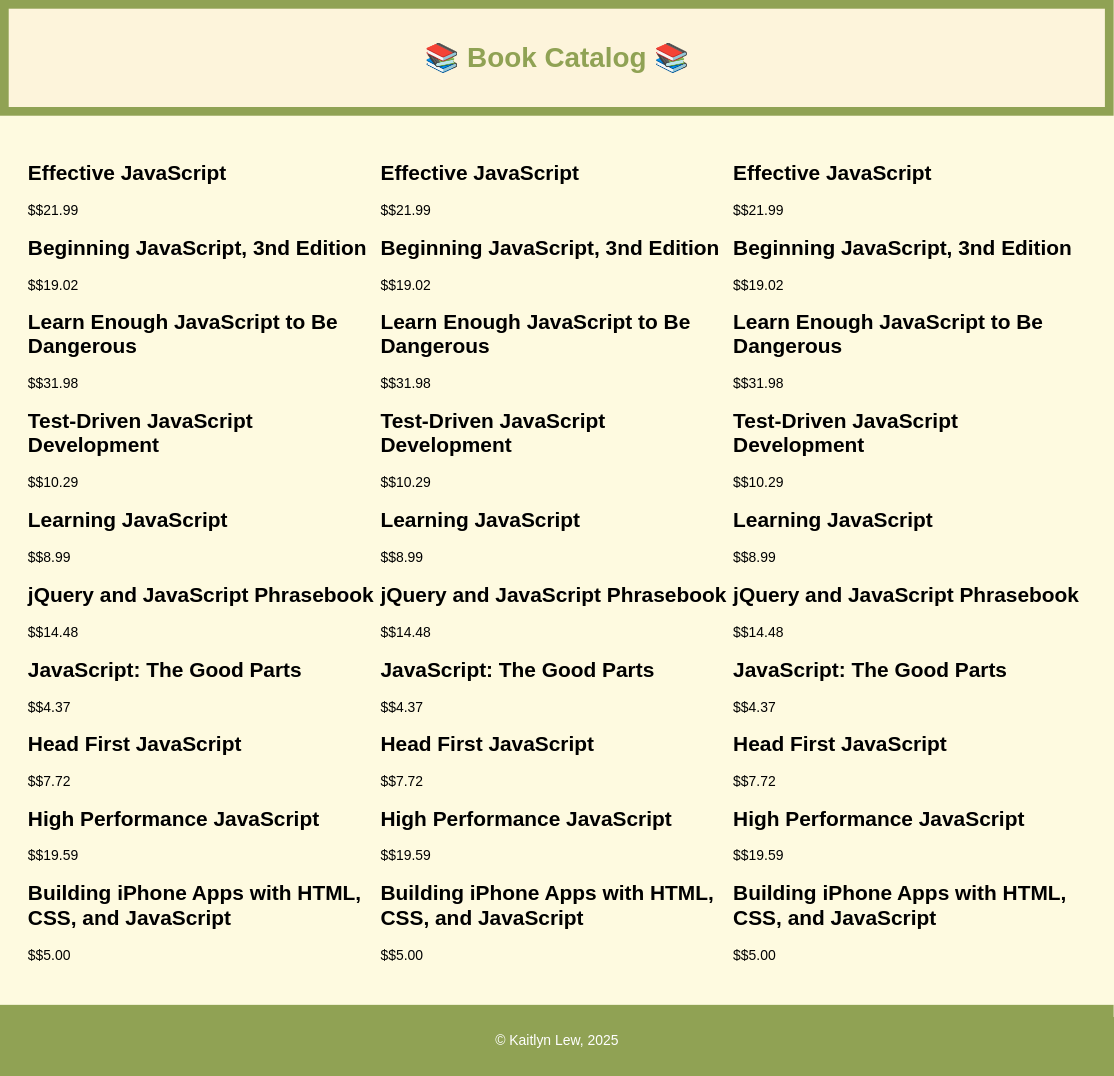
Repository: kaitlynlew/Book-Catalog
Page: /
These files come from the project's save history. The page is drawn as it stood at one moment and after the next save; the edit follows.
The browser window is 1280 px wide. The pictures show the whole page, at 87% of full size.
The project was rebuilt for these pictures with package versions that can differ from the ones it lists, and the page was loaded fresh each time. Also part of the build but not shown: vite.config.js, src/components/BookCard.css.

Above is the page before, as saved 2025-09-21 15:37:08.

### index.html
<!doctype html>
<html lang="en">

<head>
  <meta charset="UTF-8" />
  <meta name="viewport" content="width=device-width, initial-scale=1.0" />
  <title>📚 Book Catalog</title>
</head>

<body>
  <div id="root"></div>
  <script type="module" src="/src/main.jsx"></script>
</body>

</html>

### src/App.jsx
import React from "react";
import Header from "./components/Header";
import BookList from "./components/BookList";
import "./index.css";
import booksData from "../data/books.json"

function App() {
  return (
    <div className="app">
      <Header />
      <BookList />
      <footer className="footer">
        © Kaitlyn Lew, 2025
      </footer>
    </div>
  );
}

export default App;

### src/components/Header.jsx
import React from "react";
import "./Header.css";

function Header() {
return (
    <header className="header">
    <h1>📚 Book Catalog 📚</h1>
    </header>
);
}

export default Header;

### src/components/BookList.jsx
import React from "react";
import BookCard from "./BookCard";
import "./BookList.css";

import programmingBook from "/images/programming-book.png";
import firewallsBook from "/images/firewalls-book.png";

function BookList() {
const books = [
    { isNew: true },
    {
    title: "Programming for Absolute Beginners",
    author: "Jonathan Bartlett",
    image: programmingBook,
    link: "https://itbook.store/books/9781484287507",
    },
    {
    title: "Version Control with Git",
    author: "Carey Parker",
    image: firewallsBook,
    link: "https://itbook.store/books/9781484290354",
    },
    ];


return (
    <div className="book-list">
    {books.map((book, index) => (
        <BookCard key={index} {...book} />
    ))}
    </div>
);
}

export default BookList;

### src/index.css
body {
    background-color: #fefae0;
    font-family: sans-serif;
    margin: 0;
    padding: 0;
}

.app {
    min-height: 100vh;
    display: flex;
    flex-direction: column;
}

.footer {
    margin-top: auto;
    background-color: #90a254;
    color: white;
    text-align: center;
    padding: 2rem;
}

### data/books.json
[
    {
      "title": "Effective JavaScript",
      "subtitle": "68 Specific Ways to Harness the Power of JavaScript",
      "isbn13": "9780321812186",
      "price": "$21.99",
      "image": "https://itbook.store/img/books/9780321812186.png",
      "url": "https://itbook.store/books/9780321812186"
    },
    {
      "title": "Beginning JavaScript, 3nd Edition",
      "subtitle": "The Ultimate Guide to Modern JavaScript Development",
      "isbn13": "9781484243947",
      "price": "$19.02",
      "image": "https://itbook.store/img/books/9781484243947.png",
      "url": "https://itbook.store/books/9781484243947"
    },
    {
      "title": "Learn Enough JavaScript to Be Dangerous",
      "subtitle": "Write Programs, Publish Packages, and Develop Interactive Websites with JavaScript",
      "isbn13": "9780137843749",
      "price": "$31.98",
      "image": "https://itbook.store/img/books/9780137843749.png",
      "url": "https://itbook.store/books/9780137843749"
    },
    {
      "title": "Test-Driven JavaScript Development",
      "subtitle": "",
      "isbn13": "9780321683915",
      "price": "$10.29",
      "image": "https://itbook.store/img/books/9780321683915.png",
      "url": "https://itbook.store/books/9780321683915"
    },
    {
      "title": "Learning JavaScript",
      "subtitle": "A Hands-On Guide to the Fundamentals of Modern JavaScript",
      "isbn13": "9780321832740",
      "price": "$8.99",
      "image": "https://itbook.store/img/books/9780321832740.png",
      "url": "https://itbook.store/books/9780321832740"
    },
    {
      "title": "jQuery and JavaScript Phrasebook",
      "subtitle": "",
      "isbn13": "9780321918963",
      "price": "$14.48",
      "image": "https://itbook.store/img/books/9780321918963.png",
      "url": "https://itbook.store/books/9780321918963"
    },
    {
      "title": "JavaScript: The Good Parts",
      "subtitle": "Unearthing the Excellence in JavaScript",
      "isbn13": "9780596517748",
      "price": "$4.37",
      "image": "https://itbook.store/img/books/9780596517748.png",
      "url": "https://itbook.store/books/9780596517748"
    },
    {
      "title": "Head First JavaScript",
      "subtitle": "A Learner's Companion to JavaScript",
      "isbn13": "9780596527747",
      "price": "$7.72",
      "image": "https://itbook.store/img/books/9780596527747.png",
      "url": "https://itbook.store/books/9780596527747"
    },
    {
      "title": "High Performance JavaScript",
      "subtitle": "Build Faster Web Application Interfaces",
      "isbn13": "9780596802790",
      "price": "$19.59",
      "image": "https://itbook.store/img/books/9780596802790.png",
      "url": "https://itbook.store/books/9780596802790"
    },
    {
      "title": "Building iPhone Apps with HTML, CSS, and JavaScript",
      "subtitle": "Making App Store Apps Without Objective-C or Cocoa",
      "isbn13": "9780596805784",
      "price": "$5.00",
      "image": "https://itbook.store/img/books/9780596805784.png",
      "url": "https://itbook.store/books/9780596805784"
    }

  ]

### src/components/Header.css
.header {
    margin: 0;
    color: #90a254;
    text-align: center;
    background-color: #fdf4db;
    padding: 1rem;
    border: 10px solid #90a254;
}

### src/components/BookCard.jsx
import React from "react";
import "./BookCard.css";
import booksData from "../../data/books.json";

// function BookCard({ title, author, image, isNew, link }) {
//   return (
//     <div className="book-card">
//       {isNew ? (
//         <div className="new-card">New</div>
//       ) : (
//         <>
//           <img src={image} alt={title} className="book-image" />
//           <p className="author">by {author}</p>
//           <p>${price}</p>
//           <a
//             href={link}
//             className="learn-btn"
//           >
//           Learn more
//           </a>
//         </>
//       )}
//     </div>
//   );
// }

function BookCard() {
  return (
    <div>
      {booksData.map((book) => (
        <div key={book.id}>
          <h2>{book.title}</h2>
          <p>${book.price}</p>
        </div>
      ))}
    </div>
  );
}

export default BookCard;

### src/components/BookList.css
.book-list {
    display: flex;
    justify-content: flex-start;
    padding: 2rem;
}

Loaded but not shown: src/main.jsx (common file)

After the next save:
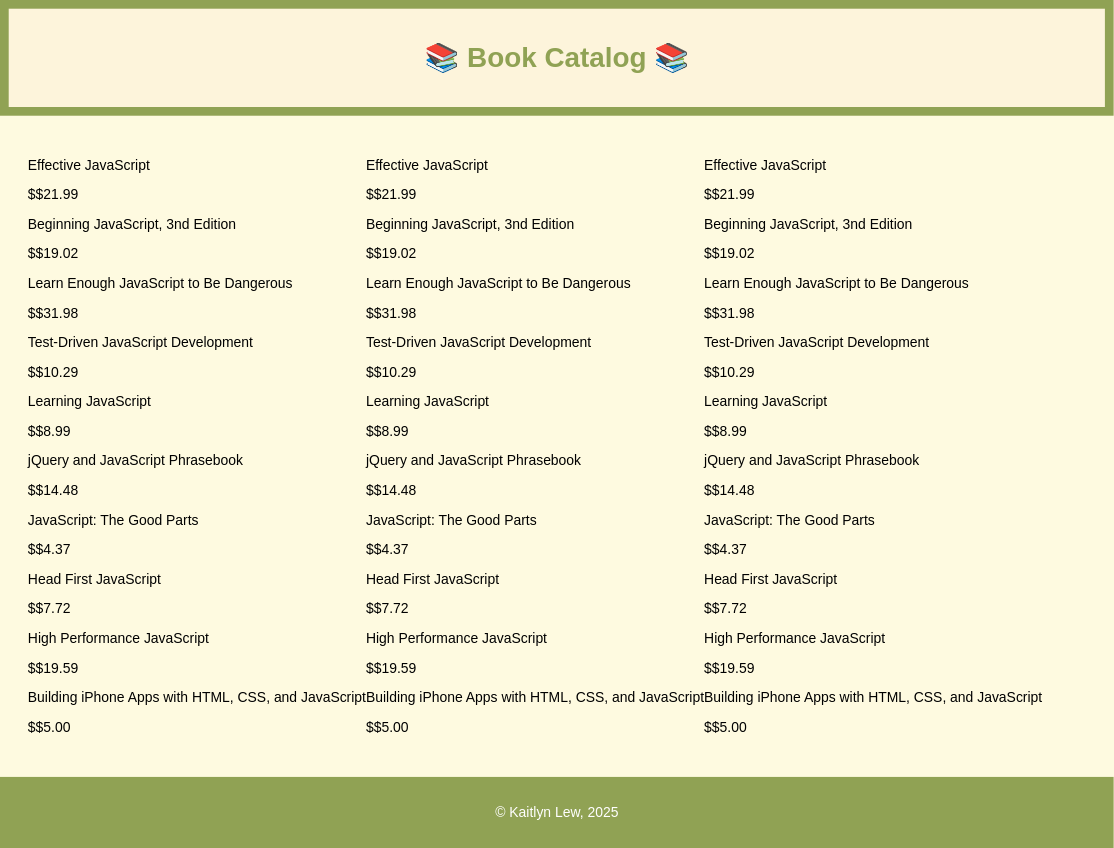
Saved 6 s later.
--- a/src/components/BookCard.jsx
+++ b/src/components/BookCard.jsx
@@ -29,7 +29,7 @@
     <div>
       {booksData.map((book) => (
         <div key={book.id}>
-          <h2>{book.title}</h2>
+          <p>{book.title}</p>
           <p>${book.price}</p>
         </div>
       ))}
